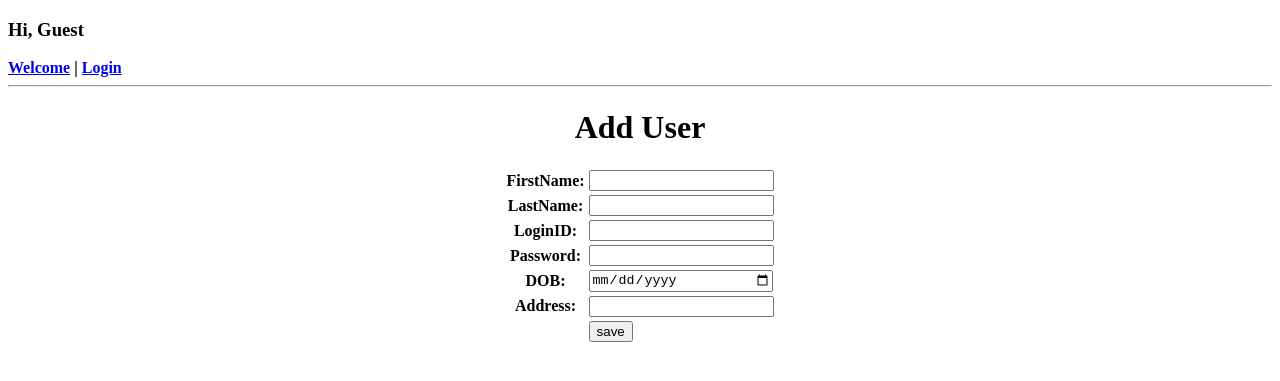
Repository: Suraj141203/DynamicWebProject
Page: http://localhost/advance-java-web/UserView.jsp
An editor plug-in stored every save of this project. The page is shown before and after the next save, followed by the edit.
The browser window is 1280 px wide. The pictures show the whole page.
The page is served by Tomcat 9. Other server files are loaded and not shown.

Above is the page before, as saved 2024-08-06 12:42:33.

### Dynamic Web Project/advance-java-web/WebContent/UserView.jsp
<%@ page language="java" contentType="text/html; charset=ISO-8859-1"
	pageEncoding="ISO-8859-1"%>
<!DOCTYPE html>
<html>
<head>
<meta charset="ISO-8859-1">
<title>Insert title here</title>
</head>
<body>
	<%@ include file="Header.jsp"%>
	<form action="UserCtl" method="post">
		<div align="center">
			<h1>Add User</h1>
			<%
				String msg = (String) request.getAttribute("msg");
			%>
			<%
				if (msg != null) {
			%>
			<h3>
				<font color="red"><%=msg%></font>
			</h3>
			<%
				}
			%>
			<table>
				<tr>
					<th>FirstName:</th>
					<td><input type="text" name="firstName"></td>
				</tr>
				<tr>
					<th>LastName:</th>
					<td><input type="text" name="lastName"></td>
				</tr>
				<tr>
					<th>LoginID:</th>
					<td><input type="text" name="loginId"></td>
				</tr>
				<tr>
					<th>Password:</th>
					<td><input type="text" name="password"></td>
				</tr>
				<tr>
					<th>DOB:</th>
					<td><input type="date" name="dob" style="width: 97%"></td>
				</tr>
				<tr>
					<th>Address:</th>
					<td><input type="text" name="address"></td>
				</tr>
				<tr>
					<td></td>
					<td><input type="submit" value="save"></td>
				</tr>
			</table>
		</div>
	</form>
</body>
</html>

### Dynamic Web Project/advance-java-web/WebContent/Header.jsp
<%@page import="in.co.rays.bean.UserBean"%>
<%@ page language="java" contentType="text/html; charset=ISO-8859-1"
	pageEncoding="ISO-8859-1"%>
<!DOCTYPE html>
<html>
<head>
<meta charset="ISO-8859-1">
<title>Insert title here</title>
</head>
<body>
	<%
		UserBean user = (UserBean) request.getAttribute("user");
	%>
	<%
		if (user != null) {
	%>
	<h3>
		Hi ,
		<%=user.getFirstName()%></h3>
	<%
		} else {
	%>
	<h3>Hi, Guest</h3>
	<a href="WelcomeCtl"><b>Welcome</b></a>
	<b>|</b>
	<a href="LoginCtl"><b>Login</b></a>
	<%
		}
	%>
	<hr>
</body>
</html>

After the next save:
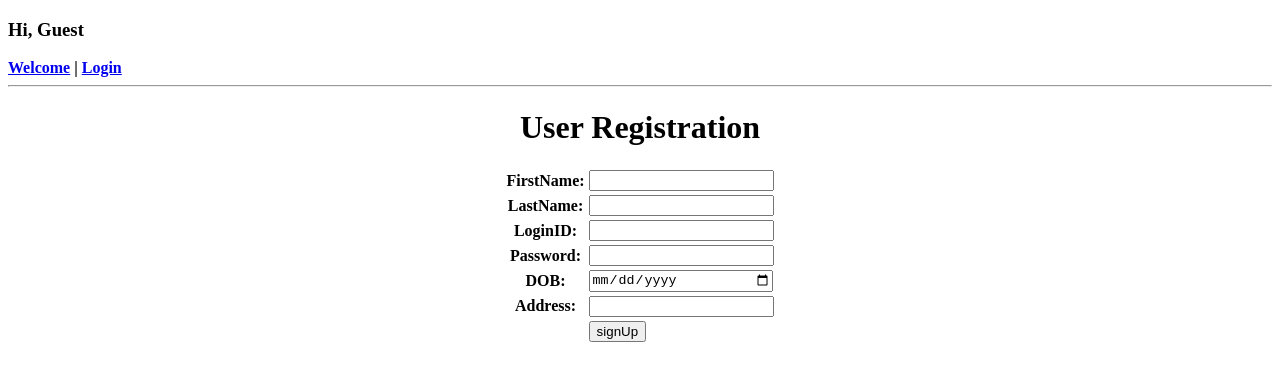
Saved 16 s later.
--- a/Dynamic Web Project/advance-java-web/WebContent/UserView.jsp
+++ b/Dynamic Web Project/advance-java-web/WebContent/UserView.jsp
@@ -8,9 +8,9 @@
 </head>
 <body>
 	<%@ include file="Header.jsp"%>
-	<form action="UserCtl" method="post">
+	<form action="UserRegistrationCtl" method="post">
 		<div align="center">
-			<h1>Add User</h1>
+			<h1>User Registration</h1>
 			<%
 				String msg = (String) request.getAttribute("msg");
 			%>
@@ -50,7 +50,7 @@
 				</tr>
 				<tr>
 					<td></td>
-					<td><input type="submit" value="save"></td>
+					<td><input type="submit" value="signUp"></td>
 				</tr>
 			</table>
 		</div>
